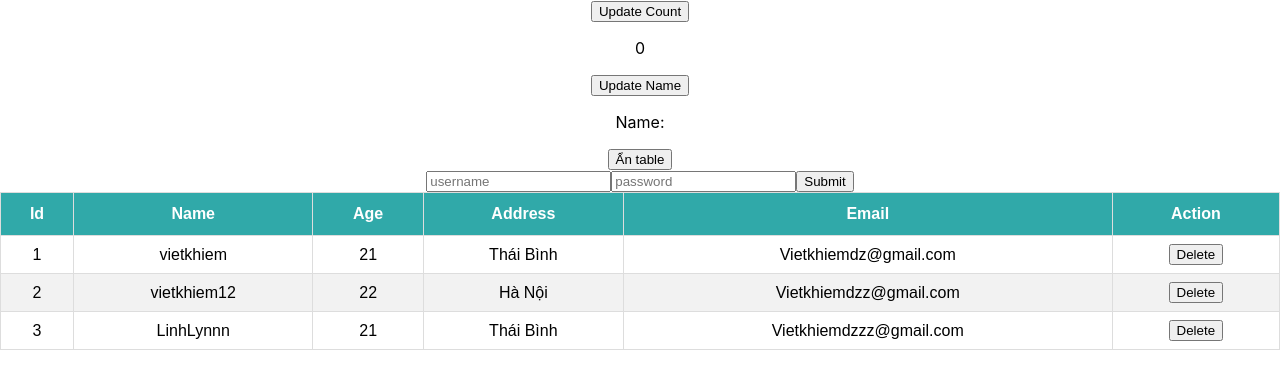
Repository: vietkhiem/TypeScript
Page: /
An editor plug-in stored every save of this project. The page is shown before and after the next save, followed by the edit.
The browser window is 1280 px wide. The pictures show the whole page.
The project was rebuilt for these pictures with package versions that can differ from the ones it lists, and the page was loaded fresh each time.

Above is the page before, as saved 2022-03-18 17:51:15.

### src/App.tsx
import React, {useState} from 'react';
import './App.css';
import Login from './pages/login';
import TableCustom from './pages/table';


function App() {
  const [count, setCount] = useState<number>(0);
  const [name, setName] = useState<string>('');
  //state trang thai hien thi bang
  const [isShowTable, setShowTable] = useState<boolean>(true);
  const studentsData = [
    {
      name: 'vietkhiem',
      age: 21,
      address: 'Thái Bình',
      email: 'Vietkhiemdz@gmail.com',
      action: 'Delete'
    },
    {
      name: 'vietkhiem12',
      age: 22,
      address: 'Hà Nội',
      email: 'Vietkhiemdzz@gmail.com',
      action: 'Delete'
    },
    {
      name: 'LinhLynnn',
      age: 21,
      address: 'Thái Bình',
      email: 'Vietkhiemdzzz@gmail.com',
      action: 'Delete'
    }
  ]
  return (
    <div className="App">
      <button onClick={() => setCount(count+1)}>Update Count</button>
        <p>{count}</p>
      <button onClick={() => setName('viet khiem')}>Update Name</button>
        <p>Name: {name}</p>
        <button onClick={() => setShowTable(!isShowTable)}>
        {isShowTable === true ? 'Ẩn' : 'Hiện'}  table</button>
      {/* thêm view login vào trong App.tsx */}
        <Login />
        {/* thêm components table vào app */}
        {
          isShowTable === true
        ? <TableCustom rows={studentsData} />
        :null
        }

    </div>
  );
}

export default App;

### src/App.css
.App {
  text-align: center;
}

.App-link {
  color: #61dafb;
}

@keyframes App-logo-spin {
  from {
    transform: rotate(0deg);
  }
  to {
    transform: rotate(360deg);
  }
}
.customers {
  font-family: Arial, Helvetica, sans-serif;
  border-collapse: collapse;
  width: 100%;
}

.customers td, .customers th {
  border: 1px solid #ddd;
  padding: 8px;
}

.customers tr:nth-child(even){background-color: #f2f2f2;}

.customers tr:hover {background-color: #ddd;}

.customers th {
  padding-top: 12px;
  padding-bottom: 12px;
  text-align: center;
  background-color: rgb(48, 169, 169);
  color: white;
}

### src/pages/login/index.tsx
import React, {useState} from 'react'

export default function Login() {
  const [usernameValue, setUsernameValue] = useState<string>('');
  const [passwordValue, setPasswordValue] = useState<string>('');

  console.log(usernameValue, passwordValue);

  const onSubmit = () :any => {
    const data = {
      username: usernameValue,
      password: passwordValue
    };
    console.log(data)
  }
  return (
    <>
      <form action="">
        <input type="text"
        placeholder='username'
          onChange={(event) => setUsernameValue(event.target.value)}
        />
        <input type="password"
        placeholder='password'
        onChange={(event) => setPasswordValue(event.target.value)}
        />
        <button type='button' onClick={() => onSubmit()}>Submit</button>
      </form>
    </>
  )
}

### src/pages/table/index.tsx
import React from "react";

type row = {
  name: string,
  age: number,
  address: string,
  email: string,
  action: string
}
type TableProps = {
  rows: row[]
}
function Table({rows} : TableProps) {
    return (
      <>
        <table className="customers">
          <thead>
              <tr>
                <th>Id</th>
                <th>Name</th>
                <th>Age</th>
                <th>Address</th>
                <th>Email</th>
                <th>Action</th>
              </tr>
          </thead>
          <tbody>
              {
                rows.map((row, index) => (
                  <tr key={index}>
                    <td>{index +1}</td>
                    <td>{row.name}</td>
                    <td>{row.age}</td>
                    <td>{row.address}</td>
                    <td>{row.email}</td>
                    <td>
                      <button>{row.action}</button>
                    </td>
                  </tr>
                ))
              }
          </tbody>
        </table>
      </>
    );
}
export default Table;

Loaded but not shown: public/index.html (common file); src/index.tsx (common file); src/index.css (common file); src/reportWebVitals.ts (common file)

After the next save:
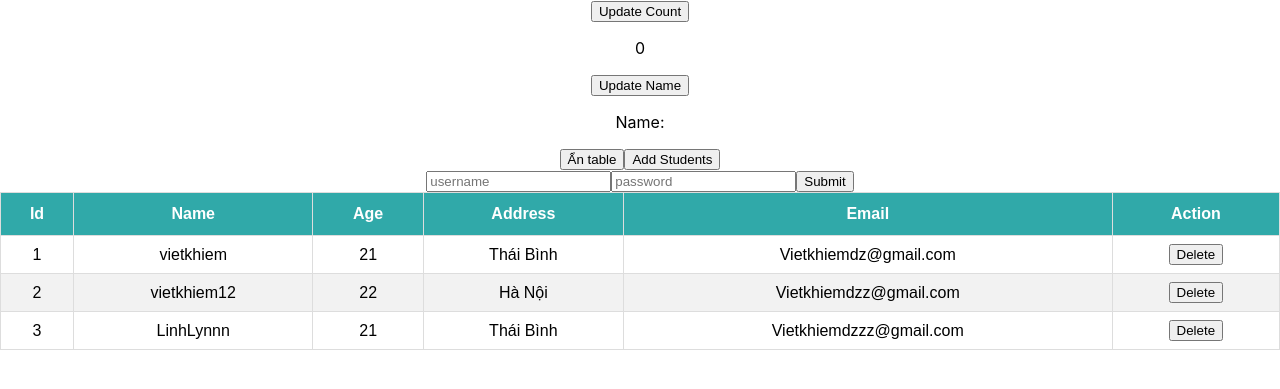
Saved 9 min 25 s later.
--- a/src/App.tsx
+++ b/src/App.tsx
@@ -36,10 +36,14 @@ function App() {
     <div className="App">
       <button onClick={() => setCount(count+1)}>Update Count</button>
         <p>{count}</p>
+
       <button onClick={() => setName('viet khiem')}>Update Name</button>
         <p>Name: {name}</p>
+
         <button onClick={() => setShowTable(!isShowTable)}>
         {isShowTable === true ? 'Ẩn' : 'Hiện'}  table</button>
+
+        <button>Add Students</button>
       {/* thêm view login vào trong App.tsx */}
         <Login />
         {/* thêm components table vào app */}
